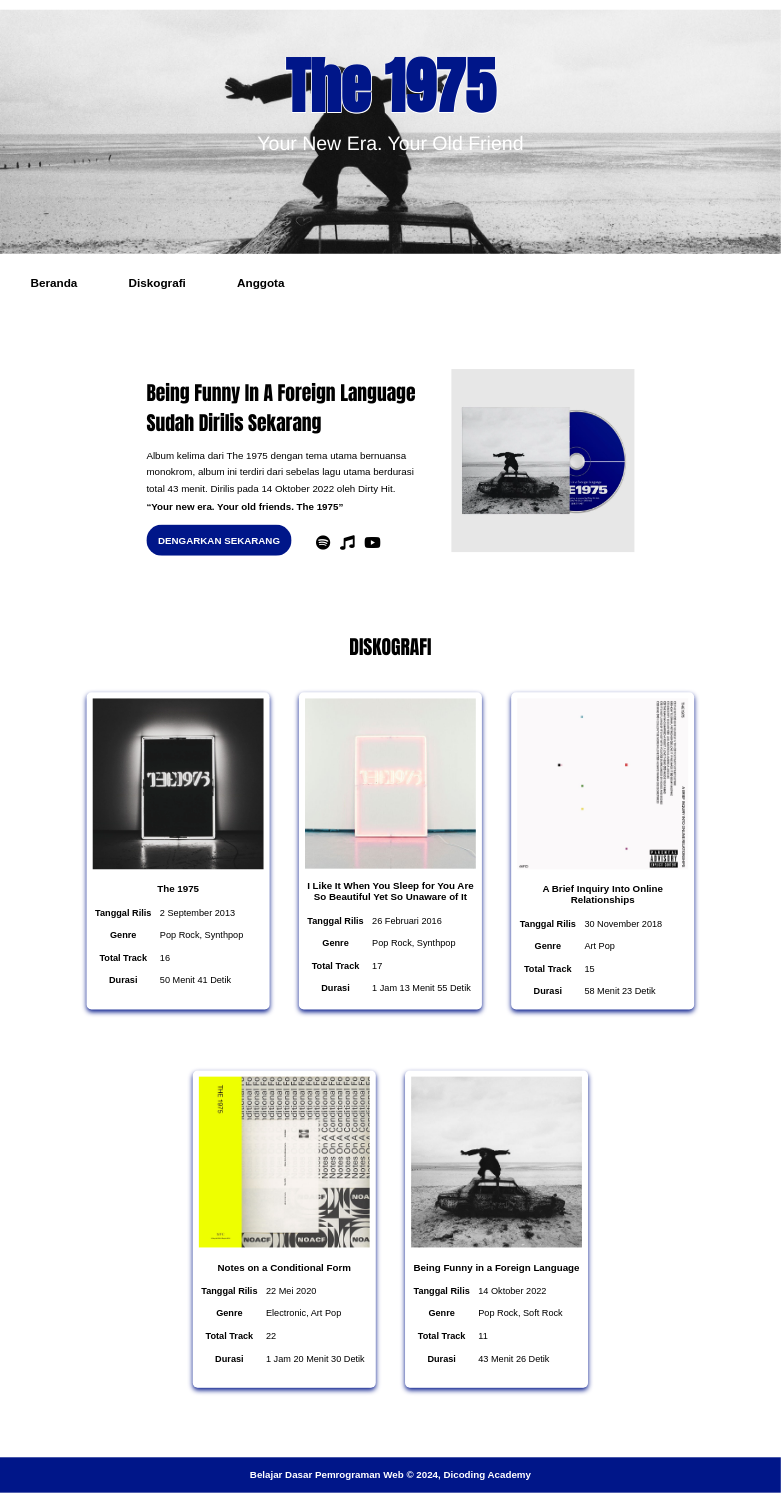
Repository: dikiyuda-1904/the-1975-html-css-landing-page
Page: index.html
The author's editor kept a copy of each file at every save. The page is drawn from the files as they stood at one save, then again after the next save.
The browser window is 1280 px wide. The pictures show the whole page, at 61% of full size.

Above is the page before, as saved 2024-09-30 23:04:02.

After the next save:
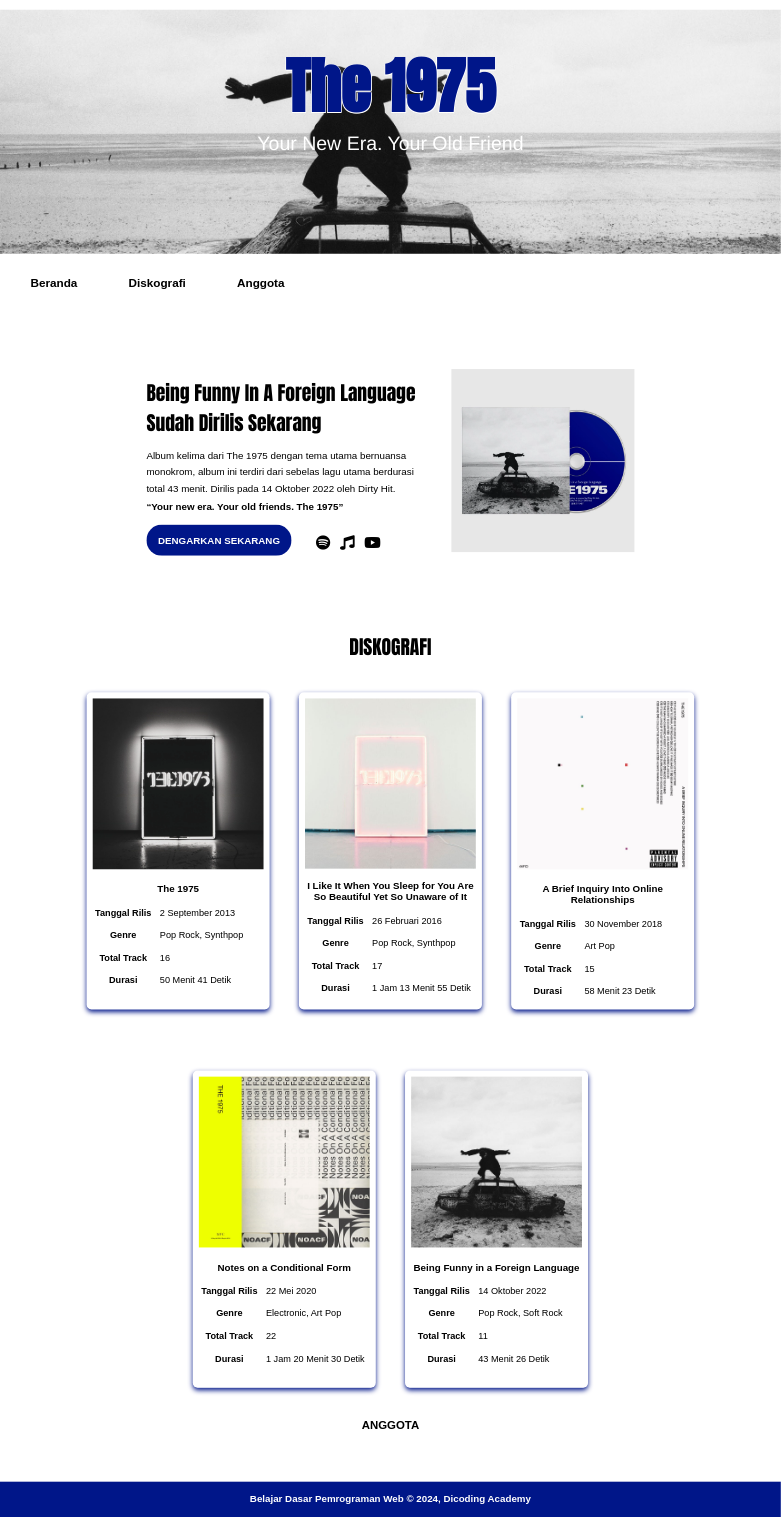
Saved 5 min 28 s later.
--- a/index.html
+++ b/index.html
@@ -221,7 +221,14 @@
         </article>
 
         <article id="anggota">
-          <div class="member-container"></div>
+          <div class="card-member-container">
+            <h3>ANGGOTA</h3>
+            <div class="card-member">
+              <div class="member-image">
+                <img />
+              </div>
+            </div>
+          </div>
         </article>
       </div>
     </main>
